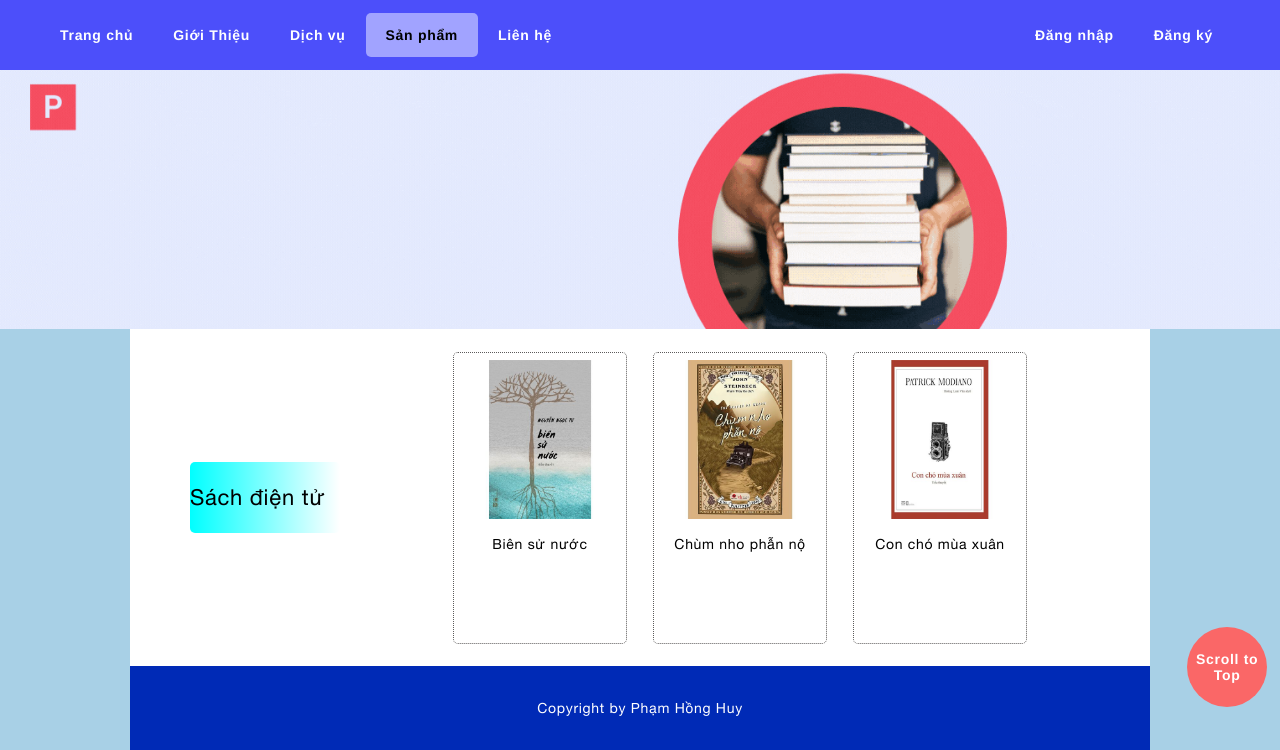
Repository: phamhonghuy/bookstore
Page: product.html
The author's editor kept a copy of each file at every save. The page is drawn from the files as they stood at one save, then again after the next save.
The browser window is 1280 px wide. The pictures show the whole page.

Above is the page before, as saved 2021-10-14 23:16:12.

After the next save:
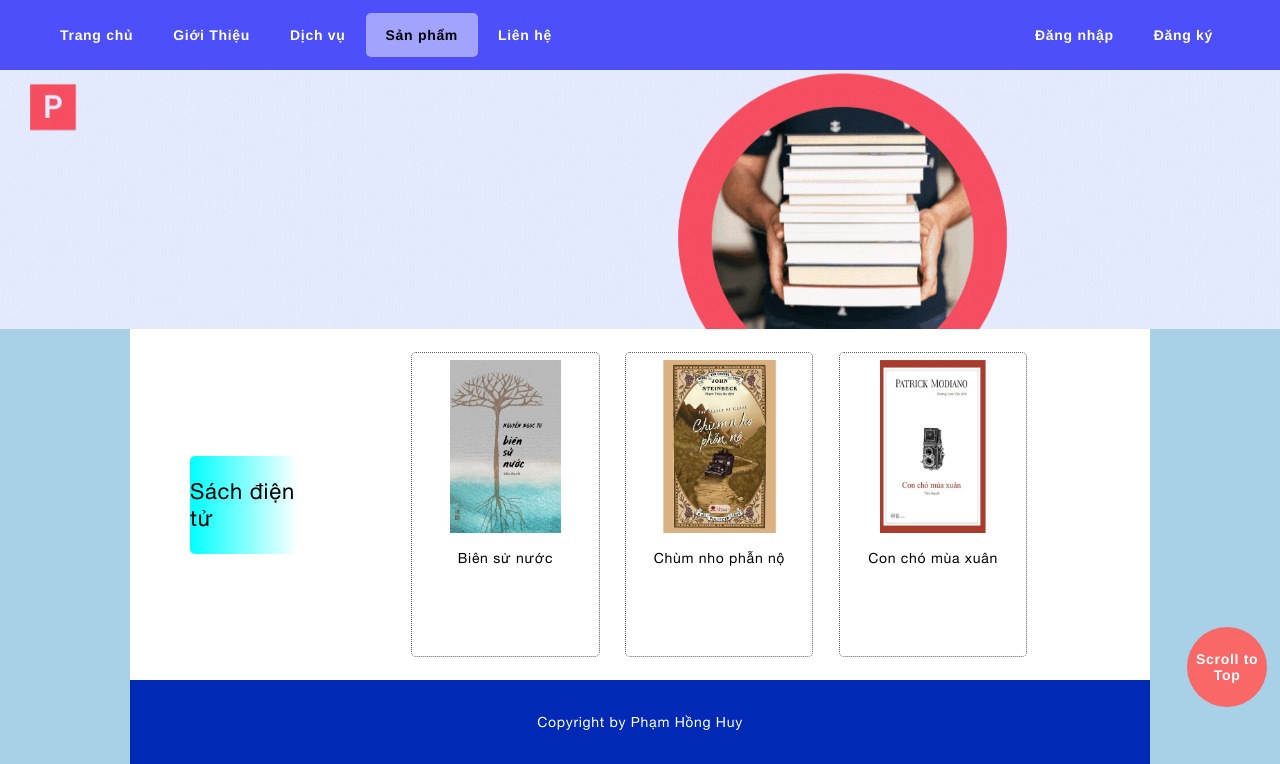
Saved 13 s later.
--- a/css/style.css
+++ b/css/style.css
@@ -260,7 +260,6 @@ div.main-product-container div.product-item {
 
   }
   div.main-product-container div.product-title {
-    width: 20%;
     display: flex;
     flex-direction: row;
     border-radius: 5px;
